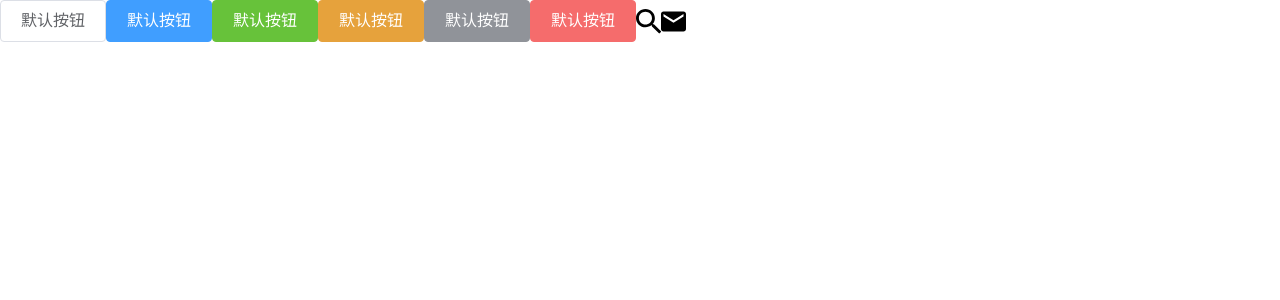
Repository: onlyadaydreamer/dreamer-ui
Page: /
An editor plug-in stored every save of this project. The page is shown before and after the next save, followed by the edit.
The browser window is 1280 px wide. The pictures show the whole page.
The project was rebuilt for these pictures with package versions that can differ from the ones it lists, and the page was loaded fresh each time. Also part of the build but not shown: src/styles/icon.js, src/packages/index.js.

Above is the page before, as saved 2020-05-13 15:21:05.

### src/main.js
import Vue from 'vue'
import App from './App.vue'

Vue.config.productionTip = false

import dreamerUI from './packages/index';
Vue.use(dreamerUI);

new Vue({
  render: h => h(App),
}).$mount('#app')

### src/App.vue
<template>
  <div id="app">
    <dreamer-button>默认按钮</dreamer-button>
    <dreamer-button type="primary">默认按钮</dreamer-button>
    <dreamer-button type="success">默认按钮</dreamer-button>
    <dreamer-button type="warning">默认按钮</dreamer-button>
    <dreamer-button type="info">默认按钮</dreamer-button>
    <dreamer-button type="danger">默认按钮</dreamer-button>

    <dreamer-icon icon="search"></dreamer-icon>
    <dreamer-icon icon="email"></dreamer-icon>
  </div>
</template>

<script>

export default {

}
</script>

<style lang="scss">

</style>

### src/packages/button.vue
<template>
    <button class="dreamer-button" :class="btnClass">
        <dreamer-icon v-if="icon" :icon="icon" :class="icon"></dreamer-icon>
        <span v-if="this.$slots.default">
            <slot></slot>
        </span>
    </button>
</template>

<script>
export default {
    name: 'dreamer-button',
    props: {
        type: {
            type: String,
            default: '',
            validator(type) {
                if (type && !['primary', 'success', 'warning', 'info', 'danger'].includes(type)) {
                    console.error('type类型必须为' + ['primary', 'success', 'warning', 'info', 'danger'].join('、'));
                }
                return true;
            }
        },
        icon: {
            type: String
        }
    },
    computed: {
        btnClass() {
            let classes = [];
            if (this.type) {
                classes.push(`dreamer-button-${this.type}`);
            }
            return classes;
        }
    }
}
</script>

<style lang="scss">
@import "../styles/_var.scss";
$height: 42px;
$font-size: 16px;
$color: #606266;
$border-color: #dcdfe6;
$background: #ecf5ff;
$active-color: #3a8ee6;

.dreamer-button {
    border-radius: $border-radius;
    border: 1px solid $border-color;
    color: $color;
    background: #fff;
    height: 42px;
    cursor: pointer;
    font-size: $font-size;
    line-height: 1;
    padding: 12px 20px;
    display: inline-flex;
    justify-content: center;
    vertical-align: middle;
    &:hover {
        border-color: $border-color;
        background-color: $background;
    }
    &:focus,
    &:active {
        color: $active-color;
        border: 1px solid $active-color;
        outline: none;
        background-color: $background;
    }
    //   &-primary {}
    //   &-success {}
    //    ... 这么一遍一遍写太麻烦
    @each $type,
        $color
            in (
                primary: $primary,
                success: $success,
                info: $info,
                warning: $warning,
                danger: $danger
            )
    {
        &-#{$type} {
            background: #{$color};
            border: 1px solid #{$color};
            color: #fff;
        }
    }
    @each $type,
        $color
            in (
                primary: $primary-hover,
                success: $success-hover,
                info: $info-hover,
                warning: $warning-hover,
                danger: $danger-hover
            )
    {
        &-#{$type}:hover {
            background: #{$color};
            border: 1px solid #{$color};
            color: #fff;
        }
    }
    @each $type,
        $color
            in (
                primary: $primary-active,
                success: $success-active,
                info: $info-active,
                warning: $warning-active,
                danger: $danger-active
            )
    {
        &-#{$type}:active,
        &-#{$type}:focus {
            background: #{$color};
            border: 1px solid #{$color};
            color: #fff;
        }
    }
    .icon {
        width: 16px;
        height: 16px;
    }
}
</style>

### src/packages/icon.vue
<template>
   <svg class="dreamer-icon" aria-hidden="true">
        <use :xlink:href="`#icon-${icon}`"></use>
    </svg>
</template>

<script>
import '../styles/icon';
export default {
    name: 'dreamer-icon',
    props: {
        icon: {
            type: String,
            required: true
        }
    }
}
</script>

<style lang="scss">
.dreamer-icon {
       width: 25px;
       height: 25px;
       vertical-align: middle;
    }
</style>

### src/styles/_var.scss
$border-radius: 4px;

$primary: #409EFF;
$success: #67C23A;
$warning: #E6A23C;
$danger: #F56C6C;
$info: #909399;

$primary-hover: #66B1FF;
$success-hover: #85CE61;
$warning-hover: #EBB563;
$danger-hover: #F78989;
$info-hover: #A6A9AD;

$primary-active: #3A8EE6;
$success-active: #5DAF34;
$warning-active: #CF9236;
$danger-active: #DD6161;
$info-active: #82848A;

* {
    padding: 0;
    margin: 0;
    box-sizing: border-box;
}

Loaded but not shown: public/index.html (common file)

After the next save:
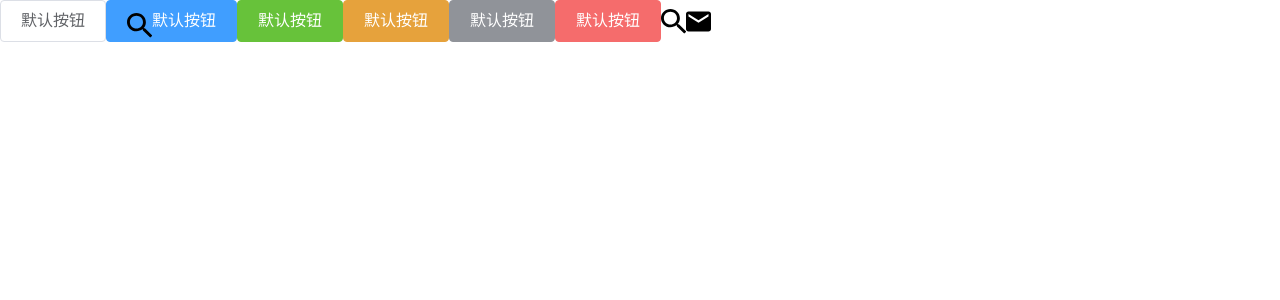
Saved 28 s later.
--- a/src/App.vue
+++ b/src/App.vue
@@ -1,7 +1,7 @@
 <template>
   <div id="app">
     <dreamer-button>默认按钮</dreamer-button>
-    <dreamer-button type="primary">默认按钮</dreamer-button>
+    <dreamer-button type="primary" icon="search">默认按钮</dreamer-button>
     <dreamer-button type="success">默认按钮</dreamer-button>
     <dreamer-button type="warning">默认按钮</dreamer-button>
     <dreamer-button type="info">默认按钮</dreamer-button>
